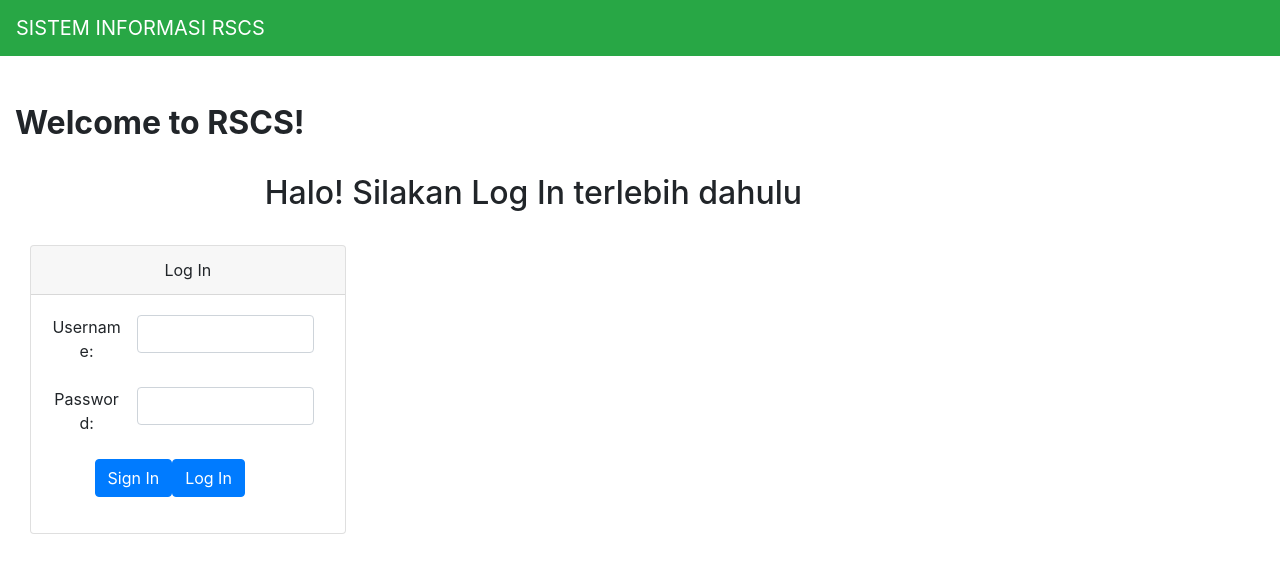
Repository: usamah1707/Tugas-Akhir-Kelompok-6
Page: http://localhost/login
These files come from the project's save history. The page is drawn as it stood at one moment and after the next save; the edit follows.
The browser window is 1280 px wide. The pictures show the whole page.
The page is this project's Thymeleaf template; nobody is signed in. The template is opened directly, without the code that normally fills it, so the values that code supplies are empty.

Above is the page before, as saved 2019-06-04 05:59:47.

### TA_6/src/main/resources/templates/login.html
<!DOCTYPE html>
<html xmlns:th="http://www.thymeleaf.org">

<head>
    <title>Home</title>

    <object th:include="fragments/fragment :: css" th:remove="tag"></object>
    <object th:include="fragments/fragment :: js" th:remove="tag"></object>
</head>

<nav th:replace="fragments/login-frag :: navbar"></nav>

<body>

    <div class="container-fluid" >

     <div class="row"  >
            <span class="col-md-3"></span>
            <div class="col-md-12">
                    <br>

      &nbsp  <h2><strong>Welcome to RSCS!</strong></h2>
        <br>
        <div class="row" align = "center">
            <div class="col-md-10">

    <div class="container-fluid">
        <h2>Halo! Silakan Log In terlebih dahulu</h2>
        <br>
        <div class="row">
            <div class="col-md-4">

                <div class="card">
                    <div class="card-header">
                        Log In
                    </div>
                    <div class="card-body">
                        <div th:if="${param.error}">
                            <span style="color: red">Invalid username or password</span>
                        </div>
                        <form th:action="@{/login}" method="POST">
                            <div class="row form-group">
                                <label class="col-sm-4">Username:</label>
                                <input type="text" class="col-sm-7 form-control input-sm" name="username">
                            </div>
                            <div class="row form-group">
                                <label class="col-sm-4">Password:</label>
                                <input type="password" class="col-sm-7 form-control input-sm" name="password">
                            </div>
                            <div class="row form-group">

                            &nbsp &nbsp &nbsp &nbsp &nbsp &nbsp &nbsp<button type="submit" class="btn btn-primary">Sign In</button>

                                <button type="submit" class="btn btn-primary" style="text-align: left">Log In</button>
                            </div>
                        </form>
                    </div>
                </div>
            </div>
        </div>
    </div>
</body>

</html>

### TA_6/src/main/resources/templates/fragments/fragment.html
<!DOCTYPE html>
<html xmlns:th="http://www.thymeleaf.org">

<head>
    <title>Home</title>
	<head th:fragment="metas">
		<meta charset="utf-8">
    	<meta name="viewport" content="width=device-width, initial-scale=1, shrink-to-fit=no">
	</head>
    <head th:fragment="css">
    	<link rel="stylesheet" th:href="@{/css/style.css}">
        <link rel="stylesheet" th:href="@{/css/bootstrap.min.css}">

    </head>

    <head th:fragment="js">
    	<script
  src="https://code.jquery.com/jquery-3.3.1.js"
  integrity="sha256-2Kok7MbOyxpgUVvAk/HJ2jigOSYS2auK4Pfzbm7uH60="
  crossorigin="anonymous"></script>
        <script th:src="@{/js/bootstrap.min.js}"></script>
    </head>
</head>

<body>
    <nav th:fragment="navbar" class="navbar navbar-expand-lg navbar-dark bg-success">
        <a class="navbar-brand" th:href="@{/}">RSCS</a>
        <div class="collapse navbar-collapse" id="navbarSupportedContent">
            <ul class="navbar-nav mr-auto">
                <li class="nav-item active">
                    <a class="nav-link" th:href="@{/}">Home</a>
                </li>

                <li class="nav-item active">
                    <a class="nav-link" th:href="@{/lab/kebutuhan}">Reagen</a>
                </li>
                 <li class="nav-item active">
                    <a class="nav-link" th:href="@{/lab/pemeriksaan}">Lab</a>
                </li>
                <li class="nav-item active">
                    <a class="nav-link" th:href="@{/lab/jadwal-jaga/hihu}">Jadwal Jaga</a>
                </li>
                 <li class="nav-item active">
                    <a class="nav-link" th:href="@{/lab/stok}">Stock Lab</a>
                </li>
            </ul>
            <ul class="navbar-nav pull-right">
            	<li class="nav-item active">
            		<a class="nav-link" th:href="@{/logout}">Logout</a>
            	</li>
            </ul>
        </div>
    </nav>
</body>

</html>

### TA_6/src/main/resources/templates/fragments/login-frag.html
<!DOCTYPE html>
<html xmlns:th="http://www.thymeleaf.org">

<head>
    <title>Home</title>
    <head th:fragment="metas">
        <meta charset="utf-8">
        <meta name="viewport" content="width=device-width, initial-scale=1, shrink-to-fit=no">
    </head>
    <head th:fragment="css">
        <link rel="stylesheet" th:href="@{/css/style.css}">
        <link rel="stylesheet" th:href="@{/css/bootstrap.min.css}">

    </head>

    <head th:fragment="js">
        <script
                src="https://code.jquery.com/jquery-3.3.1.js"
                integrity="sha256-2Kok7MbOyxpgUVvAk/HJ2jigOSYS2auK4Pfzbm7uH60="
                crossorigin="anonymous"></script>
        <script th:src="@{/js/bootstrap.min.js}"></script>
    </head>
</head>

<body>
<nav th:fragment="navbar" class="navbar navbar-expand-lg navbar-dark bg-success">
    <a class="navbar-brand" style="text-align-all: center" th:href="@{/}">SISTEM INFORMASI RSCS</a>
</nav>
</body>

</html>

### TA_6/src/main/resources/static/css/style.css
body {
  background: #34495e;
  font: normal 300 18px "Roboto", sans-serif;
}

#menu-nav {
  max-width: 1000px;
  margin: 130px auto;
  background-color: #ecf0f1;
  border-radius: 4px;
  box-shadow: 0 2px 5px rgba(0, 0, 0, 0.3);
}

#navigation-bar ul {
  border-radius: 4px;
  overflow: hidden;
}
#navigation-bar li {
  float: left;
  width: 20%;
}
#navigation-bar li:hover a::before {
  right: 0;
  left: 0;
}
#navigation-bar a {
  color: #848484;
  font-size: 20px;
  text-decoration: none;
  text-align: center;
  padding: 20px 0;
  display: block;
  position: relative;
  transition: all 0.3s ease;
}
#navigation-bar a:hover {
  color: #e74c3c;
}
#navigation-bar a::before {
  content: "";
  transition: all 0.4s ease-in-out;
  position: absolute;
  right: 50%;
  left: 50%;
  bottom: 0;
  height: 2px;
  background-color: #e74c3c;
}
#navigation-bar a:hover::before {
  right: 0;
  left: 0;
}

li {
	list-style: none;
}

Loaded but not shown: TA_6/src/main/resources/static/css/bootstrap.min.css (library); TA_6/src/main/resources/static/js/bootstrap.min.js (library)

After the next save:
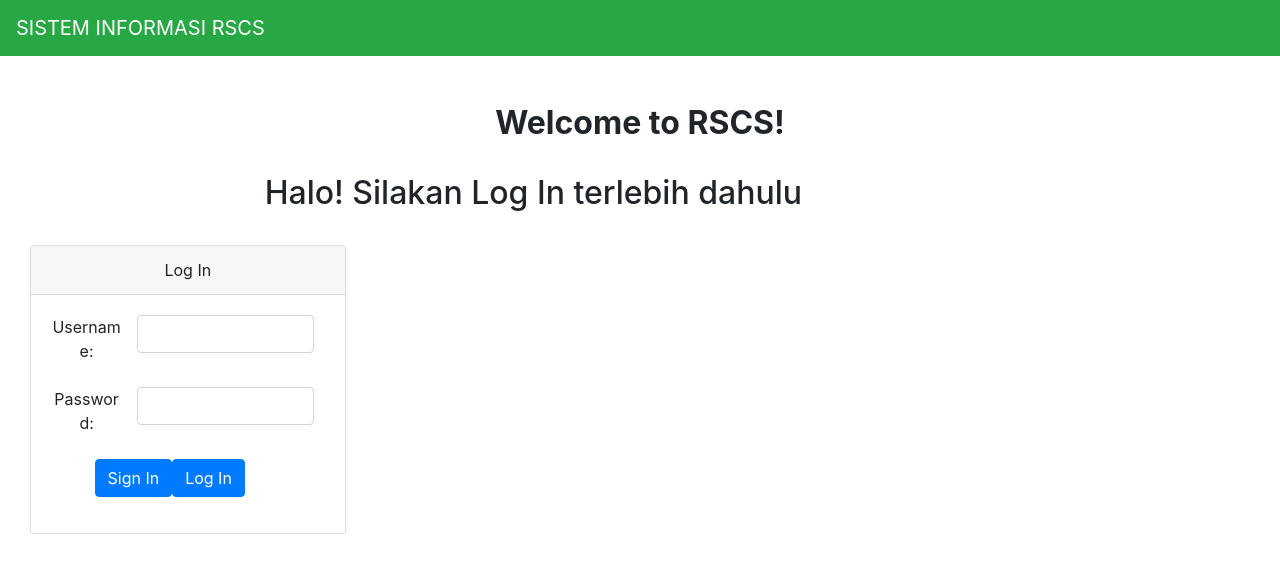
Saved 83 s later.
--- a/TA_6/src/main/resources/templates/login.html
+++ b/TA_6/src/main/resources/templates/login.html
@@ -19,7 +19,7 @@
             <div class="col-md-12">
                     <br>
 
-      &nbsp  <h2><strong>Welcome to RSCS!</strong></h2>
+      &nbsp  <h2 align = "center"><strong>Welcome to RSCS!</strong></h2>
         <br>
         <div class="row" align = "center">
             <div class="col-md-10">
